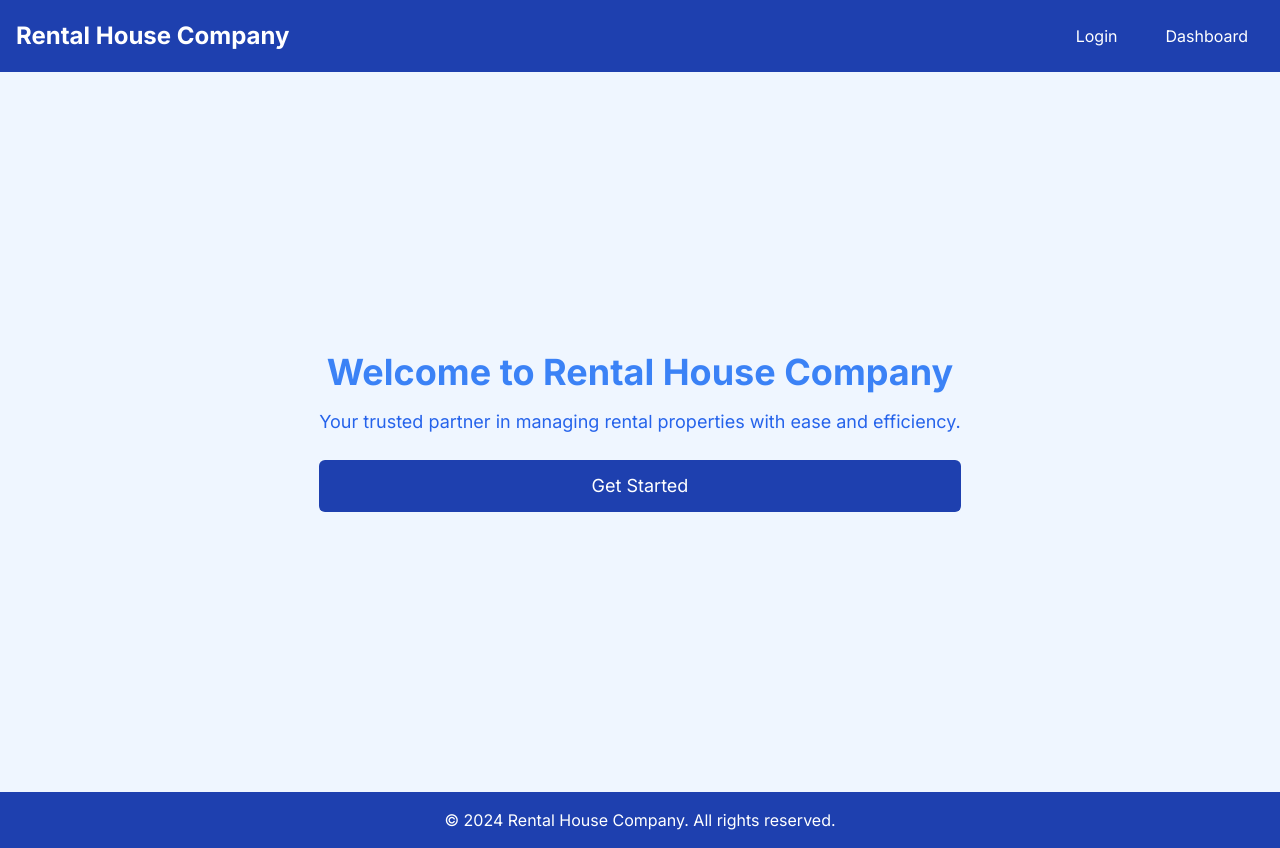
Repository: NassimeElkamari/Horizon-Housing
Page: /
These files come from the project's save history. The page is drawn as it stood at one moment and after the next save; the edit follows.
The browser window is 1280 px wide. The pictures show the whole page.
The project was rebuilt for these pictures with package versions that can differ from the ones it lists, and the page was loaded fresh each time. The framework's server and built-in components were replaced by stand-ins that run in the browser. Also part of the build but not shown: next.config.mjs.

Above is the page before, as saved 2024-08-28 21:10:44.

### src/app/page.tsx
import Link from 'next/link';

const HomePage = () => {
  return (
    <div className="min-h-screen bg-gray-100">
      <header className="bg-blue-800 text-white p-4">
        <div className="container mx-auto flex justify-between items-center">
          <h1 className="text-2xl font-bold">Rental House Company</h1>
          <nav>
            <ul className="flex space-x-4">
              <li>
                <Link href="/login">
                  <p className="hover:bg-blue-700 px-4 py-2 rounded-md">Login</p>
                </Link>
              </li>
              <li>
                <Link href="/dashboard">
                  <p className="hover:bg-blue-700 px-4 py-2 rounded-md">Dashboard</p>
                </Link>
              </li>
            </ul>
          </nav>
        </div>
      </header>

      <main className="flex flex-col items-center justify-center min-h-screen bg-blue-50">
        <div className="text-center p-6">
          <h2 className="text-4xl font-bold mb-4 text-blue-500">Welcome to Rental House Company</h2>
          <p className="text-lg mb-6 text-blue-600">Your trusted partner in managing rental properties with ease and efficiency.</p>
          <Link href="/dashboard">
            <p className="bg-blue-800 text-white px-6 py-3 rounded-md text-lg hover:bg-blue-700">Get Started</p>
          </Link>
        </div>
      </main>

      <footer className="bg-blue-800 text-white p-4">
        <div className="container mx-auto text-center">
          <p>&copy; {new Date().getFullYear()} Rental House Company. All rights reserved.</p>
        </div>
      </footer>
    </div>
  );
};

export default HomePage;

Loaded but not shown: src/app/layout.tsx (common file); src/app/globals.css (common file); tailwind.config.ts (common file)

After the next save:
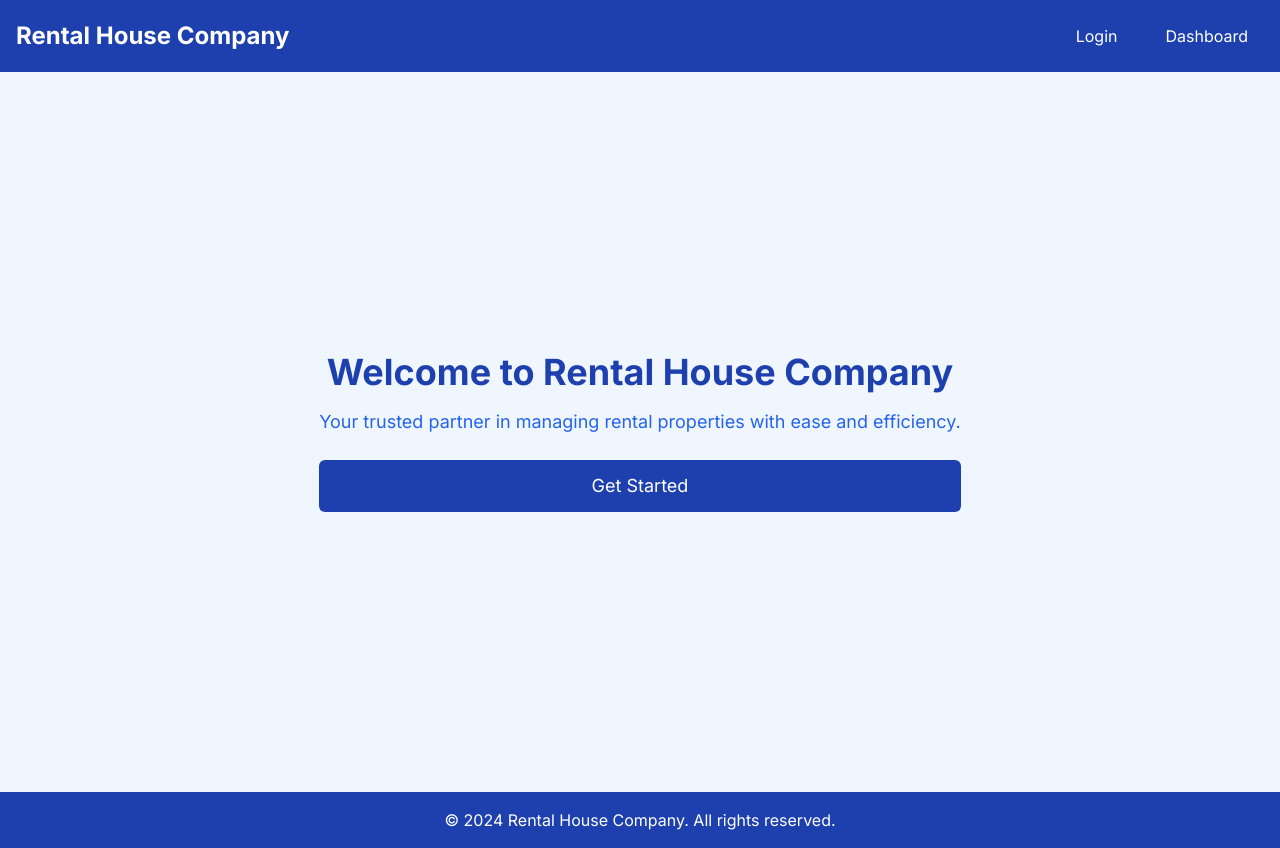
Saved 4 s later.
--- a/src/app/page.tsx
+++ b/src/app/page.tsx
@@ -25,7 +25,7 @@ const HomePage = () => {
 
       <main className="flex flex-col items-center justify-center min-h-screen bg-blue-50">
         <div className="text-center p-6">
-          <h2 className="text-4xl font-bold mb-4 text-blue-500">Welcome to Rental House Company</h2>
+          <h2 className="text-4xl font-bold mb-4 text-blue-800">Welcome to Rental House Company</h2>
           <p className="text-lg mb-6 text-blue-600">Your trusted partner in managing rental properties with ease and efficiency.</p>
           <Link href="/dashboard">
             <p className="bg-blue-800 text-white px-6 py-3 rounded-md text-lg hover:bg-blue-700">Get Started</p>
